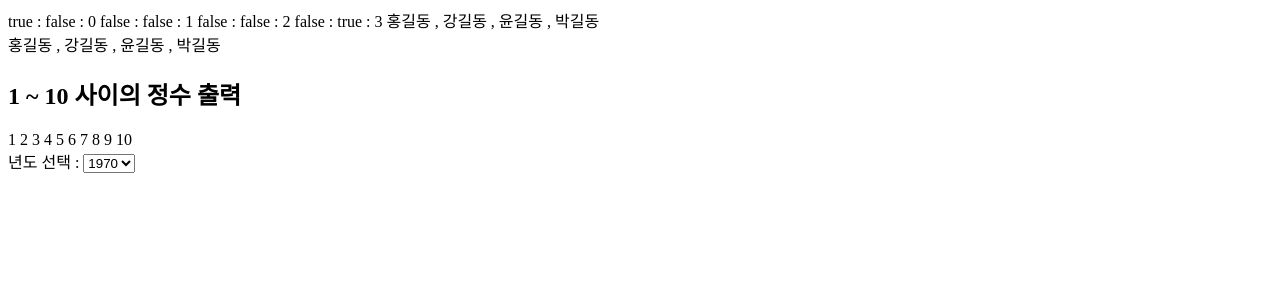
Repository: cdj6995/Web
Page: http://localhost/Lecture-Web/jsp/jstl/core/exam05.jsp
An editor plug-in stored every save of this project. The page is shown before and after a run of saves, followed by the edit.
The browser window is 1280 px wide. The pictures show the whole page.
The page is served by Tomcat 9. Other server files are loaded and not shown.

Above is the page before, as saved 2022-06-07 07:48:21.

### Lecture-Web/src/main/webapp/jsp/jstl/core/exam05.jsp
<%@ page language="java" contentType="text/html; charset=UTF-8"
    pageEncoding="UTF-8"%>
<%@ taglib prefix="c" uri="http://java.sun.com/jsp/jstl/core" %>
<%
	String[] names = {"홍길동", "강길동", "윤길동", "박길동"};

	pageContext.setAttribute("names", names);
	pageContext.setAttribute("length", names.length-1);
%>
<!DOCTYPE html>
<html>
<head>
<meta charset="UTF-8">
<title>Insert title here</title>
</head>
<body>
	<c:forEach var="name" items="${ names }" varStatus="loop">
		${ loop.first } : ${ loop.last } : ${ loop.index }
	</c:forEach>


	<c:forEach var="i" begin="0" end="${ length }">
		${ names[i] }
		<c:if test="${ i != length }">
			,
		</c:if>
	</c:forEach><br>

	<c:set var="cnt" value="1"/>
	<c:forEach var="name" items="${ names }">
		<c:if test="${ cnt ne 1 }">
			,
		</c:if>
		${ name }
		<c:set var="cnt" value="${ cnt + 1 }"/>
	</c:forEach>
	<c:remove var="cnt" scope="page"/>

	<h2>1 ~ 10 사이의 정수 출력</h2>
	<c:forEach var="i" begin="1" end="10">
		${ i }
	</c:forEach>
	<br>
	년도 선택 :
	<select>
		<c:forEach var="year" begin="1970" end="2022" step="10">
			<option>${ year }</option>
		</c:forEach>
	</select>
</body>
</html>

After the next 2 saves:
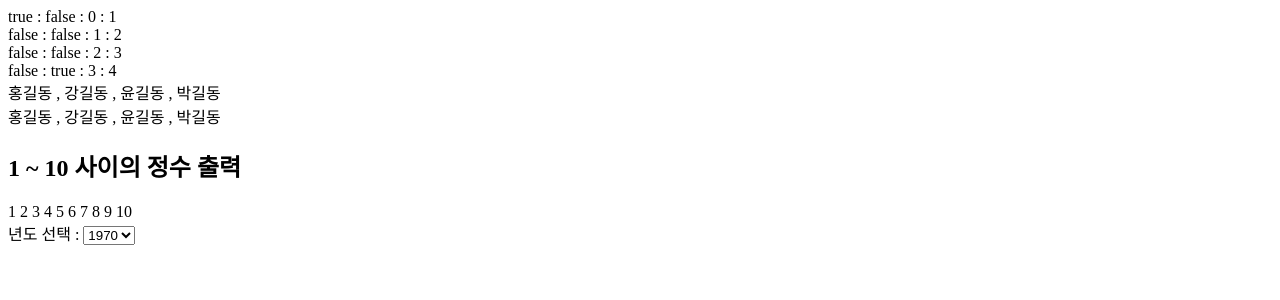
The 2 saves are shown as one change because they came seconds apart.
The last was saved 9 s later.
--- a/Lecture-Web/src/main/webapp/jsp/jstl/core/exam05.jsp
+++ b/Lecture-Web/src/main/webapp/jsp/jstl/core/exam05.jsp
@@ -15,7 +15,7 @@
 </head>
 <body>
 	<c:forEach var="name" items="${ names }" varStatus="loop">
-		${ loop.first } : ${ loop.last } : ${ loop.index }
+		${ loop.first } : ${ loop.last } : ${ loop.index } : ${ loop.count }<br>
 	</c:forEach>
 
 
